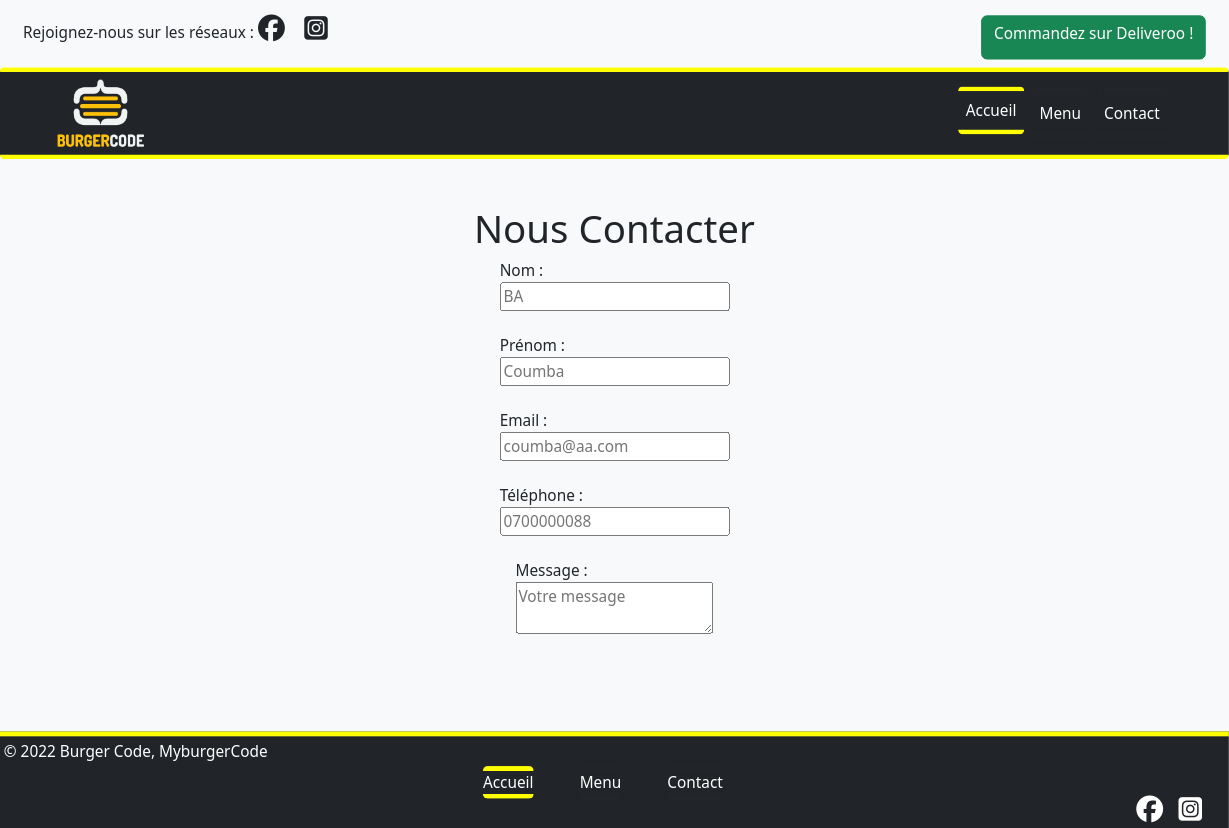
Repository: Coumba25040/coumbaProjet
Page: VraiProjet/contact.html
The author's editor kept a copy of each file at every save. The page is drawn from the files as they stood at one save, then again after the next save.
The browser window is 1280 px wide. The pictures show the whole page, at 96% of full size.

Above is the page before, as saved 2025-01-24 13:58:56.

### VraiProjet/contact.html
<!DOCTYPE html>
<html lang="en">

<head>
    <meta charset="UTF-8">
    <meta name="viewport" content="width=device-width, initial-scale=1.0">
    <title>Document</title>
    <link href="https://cdn.jsdelivr.net/npm/bootstrap@5.3.3/dist/css/bootstrap.min.css" rel="stylesheet"
        integrity="sha384-QWTKZyjpPEjISv5WaRU9OFeRpok6YctnYmDr5pNlyT2bRjXh0JMhjY6hW+ALEwIH" crossorigin="anonymous">
        <link rel="stylesheet" href="https://cdnjs.cloudflare.com/ajax/libs/font-awesome/6.7.2/css/all.min.css" integrity="sha512-Evv84Mr4kqVGRNSgIGL/F/aIDqQb7xQ2vcrdIwxfjThSH8CSR7PBEakCr51Ck+w+/U6swU2Im1vVX0SVk9ABhg==" crossorigin="anonymous" referrerpolicy="no-referrer" />
    <style>
        .icone {
            height: 20px;
            width: 20px;
        }

        .logo {
            height: 70px;
            width: 90px;
        }

        footer{
            display: flex;
            justify-content: center;
            flex-direction: column;
        }

        .accueil{

          border-top: 5px solid yellow;
          border-bottom: 5px solid yellow;
          border-radius: 5px;
          color: white;

        }


        .border-hover:hover{
          border-top: 5px solid yellow;
          border-bottom: 5px solid yellow;
          border-radius: 5px;
                }

          .border-hover{
          border-top: 8px solid #222529;
          border-bottom: 8px solid #222529;
          border-radius: 5px;
                }

        .footer{
          border-top: 5px solid yellow;
        }






@media screen and (max-width: 580px) {
    .links{
        display: none;
    }

    .btn1{
        display: flex;
        justify-content: center;
        align-items: center;
    }


    header{
      display: flex;
      justify-content: center;
      align-items: center;

    }


    .btn1{
      display: block;
      margin: 0 auto;
      align-items: center;
    }



}



    </style>
</head>

<body class="bg-light">

    <header>

    <div class="container-fluid  p-2 mt-2 d-flex justify-content-between ">
        <p class="links ms-3">Rejoignez-nous sur les réseaux :
            <a href="http://www.facebook.com/">
                <i class="fa-brands fa-facebook fs-3 text-dark me-3"></i></a>
            <a href="http://www.instagram.com/">
                <i class="fa-brands fa-square-instagram fs-3 text-dark"></i></a>
        </p>
        <a href="#" class="btn btn-success btn1 me-3">Commandez sur Deliveroo !</a>

    </div>
</header>

    <nav class="navbar navbar-expand-lg bg-dark fixed accueil sticky-top">
        <div class="container-fluid bg-dark mx-5">
            <img class="logo" src="./img/Logo-block-light.png" alt="logo">
            <button class="navbar-toggler text-white" type="button" data-bs-toggle="collapse" data-bs-target="#navbarNav"
                aria-controls="#navbarNav" aria-expanded="false" aria-label="Toggle navigation">
                <i class="fa-solid fa-bars"></i>
            </button>
            <div class="navmobile collapse navbar-collapse " id="navbarNav">
                <ul class="navbar-nav ms-auto">
                    <li class="nav-item mx-1">
                        <a class="nav-link active text-white accueil " aria-current="page" href="./accueil.html">Accueil</a>
                    </li>
                    <li class="nav-item mx-1">
                        <a class="nav-link text-white border-hover " href="./menu.html">Menu</a>
                    </li>
                    <li class="nav-item mx-1">
                        <a class="nav-link text-white border-hover " href="./contact.html">Contact</a>
                    </li>
                </ul>
            </div>
        </div>
    </nav>






    <form action="" method="get" class="d-flex flex-column align-items-center my-5">
        <h1>Nous Contacter</h1>

        <label for="name">Nom :<br>
        <input type="text" class="name" id="name" placeholder="BA"></label><br>

        <label for="prenom">Prénom :<br>
        <input type="text" class="prenom" id="prenom" placeholder="Coumba"></label><br>

        <label for="name">Email :<br>
        <input type="email" class="email" id="email" placeholder="coumba@aa.com"></label><br>

        <label for="tel">Téléphone :<br>
        <input type="tel" class="tel" id="tel" placeholder="0700000088"></label><br>

        <label for="name">Message :<br>
        <textarea name="message" id="message" placeholder="Votre message"></textarea><br></label>


    </form>







          <footer>

          <div class="container-fluid text-white bg-dark d-flex p-1 mt-5 footer">
            <div class="row w-100">
                <div class="col-md-4">
                    <p class="burgerc">© 2022 Burger Code, MyburgerCode</p>

                </div>

                <div class="col-md-4 d-flex justify-content-center align-items-center gap-5 p-4">
                <a class="nav-link active text-white accueil" aria-current="page" href="./accueil.html">Accueil</a>
                <a class="nav-link text-white border-hover" href="./menu.html">Menu</a>
                <a class="nav-link text-white border-hover" href="./contact.html">Contact</a>

                </div>

                <div class="col-md-4 d-flex justify-content-end align-items-end gap-3 reseaux">
                    <a href="http://www.facebook.com/">
                        <i class="fa-brands fa-facebook fs-3 text-white"></i></a>
                    <a href="http://www.instagram.com/">
                        <i class="fa-brands fa-square-instagram fs-3 text-white"></i></a>

                </div>

            </div>

          </div>

        </footer>








      <script src="https://cdn.jsdelivr.net/npm/bootstrap@5.3.3/dist/js/bootstrap.bundle.min.js" integrity="sha384-YvpcrYf0tY3lHB60NNkmXc5s9fDVZLESaAA55NDzOxhy9GkcIdslK1eN7N6jIeHz" crossorigin="anonymous"></script>
</body>

</html>

After the next save:
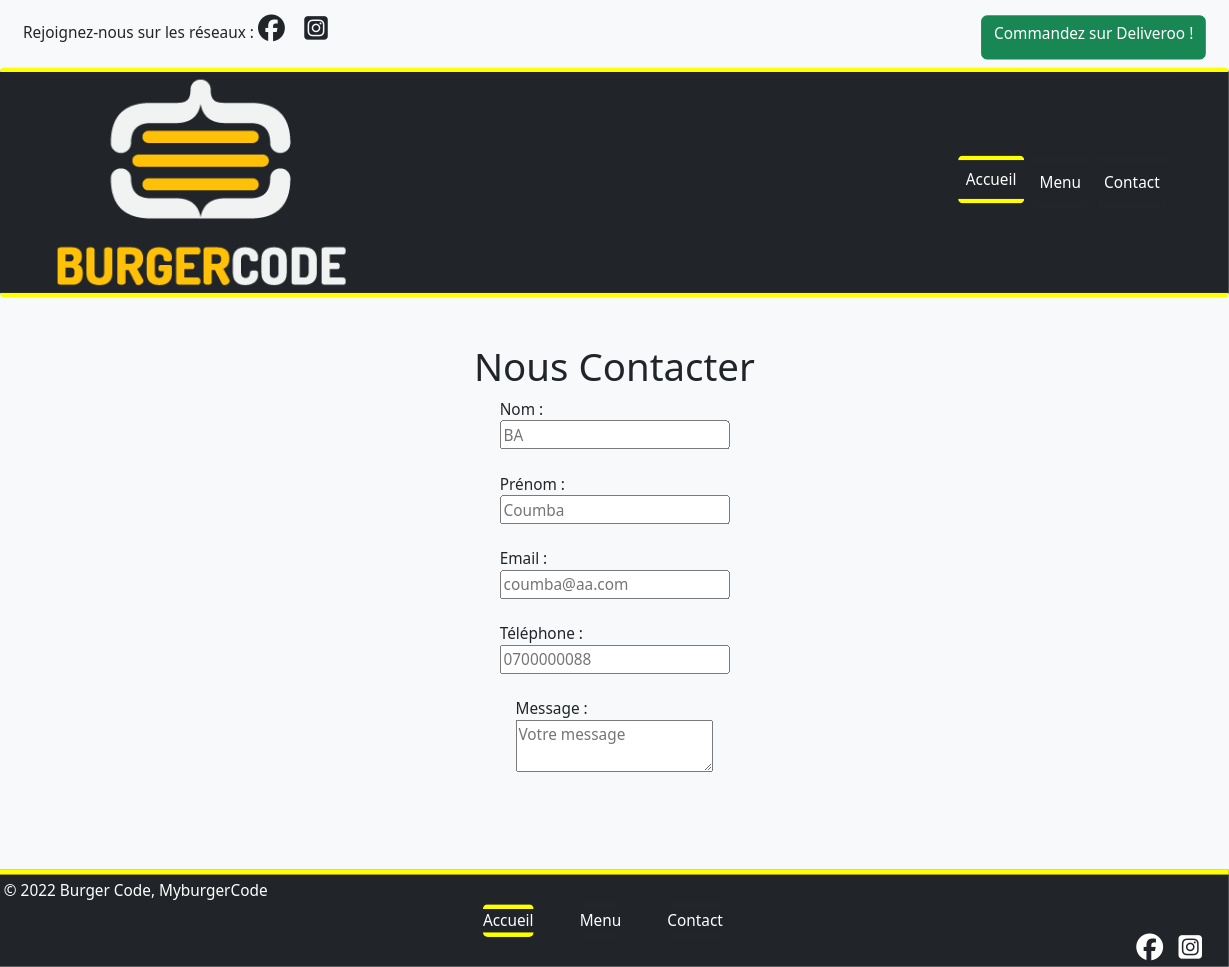
Saved 12 s later.
--- a/VraiProjet/contact.html
+++ b/VraiProjet/contact.html
@@ -9,15 +9,7 @@
         integrity="sha384-QWTKZyjpPEjISv5WaRU9OFeRpok6YctnYmDr5pNlyT2bRjXh0JMhjY6hW+ALEwIH" crossorigin="anonymous">
         <link rel="stylesheet" href="https://cdnjs.cloudflare.com/ajax/libs/font-awesome/6.7.2/css/all.min.css" integrity="sha512-Evv84Mr4kqVGRNSgIGL/F/aIDqQb7xQ2vcrdIwxfjThSH8CSR7PBEakCr51Ck+w+/U6swU2Im1vVX0SVk9ABhg==" crossorigin="anonymous" referrerpolicy="no-referrer" />
     <style>
-        .icone {
-            height: 20px;
-            width: 20px;
-        }
 
-        .logo {
-            height: 70px;
-            width: 90px;
-        }
 
         footer{
             display: flex;

After the save that followed:
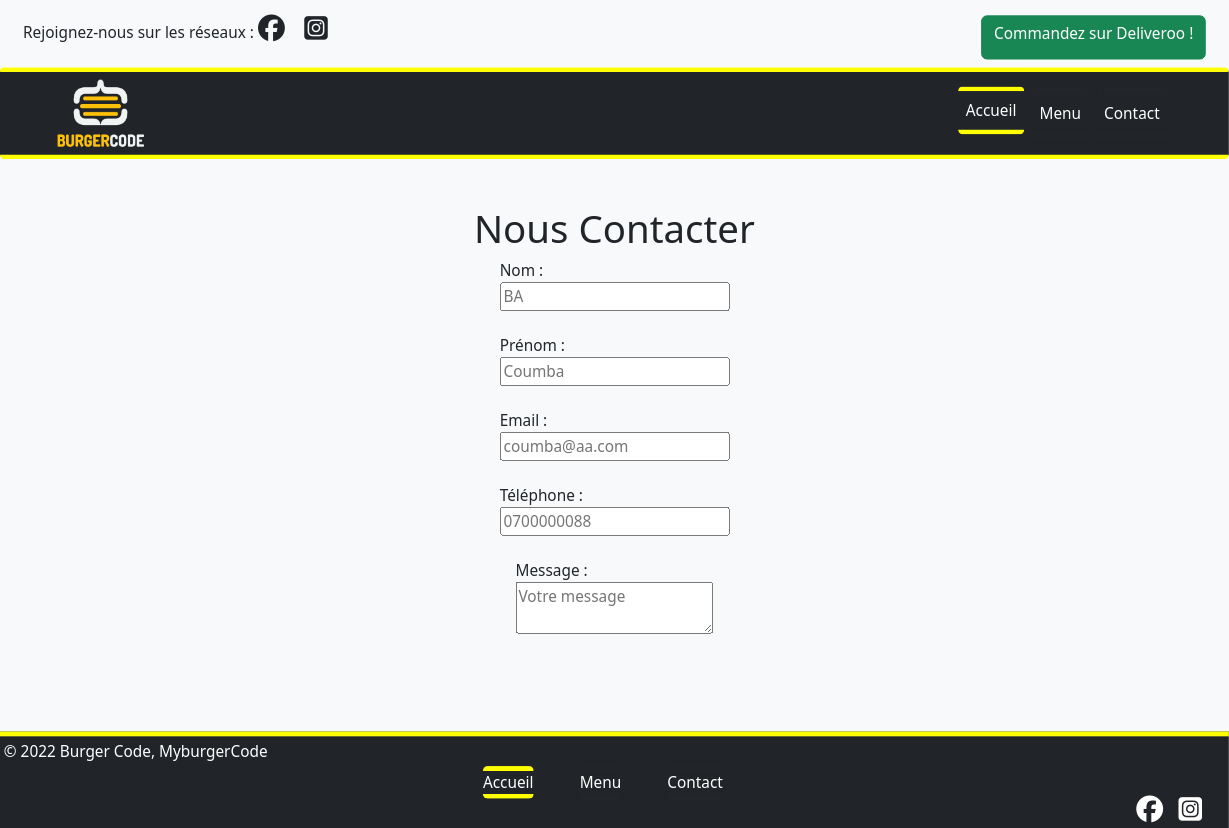
Saved 12 s later.
--- a/VraiProjet/contact.html
+++ b/VraiProjet/contact.html
@@ -9,7 +9,15 @@
         integrity="sha384-QWTKZyjpPEjISv5WaRU9OFeRpok6YctnYmDr5pNlyT2bRjXh0JMhjY6hW+ALEwIH" crossorigin="anonymous">
         <link rel="stylesheet" href="https://cdnjs.cloudflare.com/ajax/libs/font-awesome/6.7.2/css/all.min.css" integrity="sha512-Evv84Mr4kqVGRNSgIGL/F/aIDqQb7xQ2vcrdIwxfjThSH8CSR7PBEakCr51Ck+w+/U6swU2Im1vVX0SVk9ABhg==" crossorigin="anonymous" referrerpolicy="no-referrer" />
     <style>
-
+        .icone {
+            height: 20px;
+            width: 20px;
+        }
+
+        .logo {
+            height: 70px;
+            width: 90px;
+        }
 
         footer{
             display: flex;
